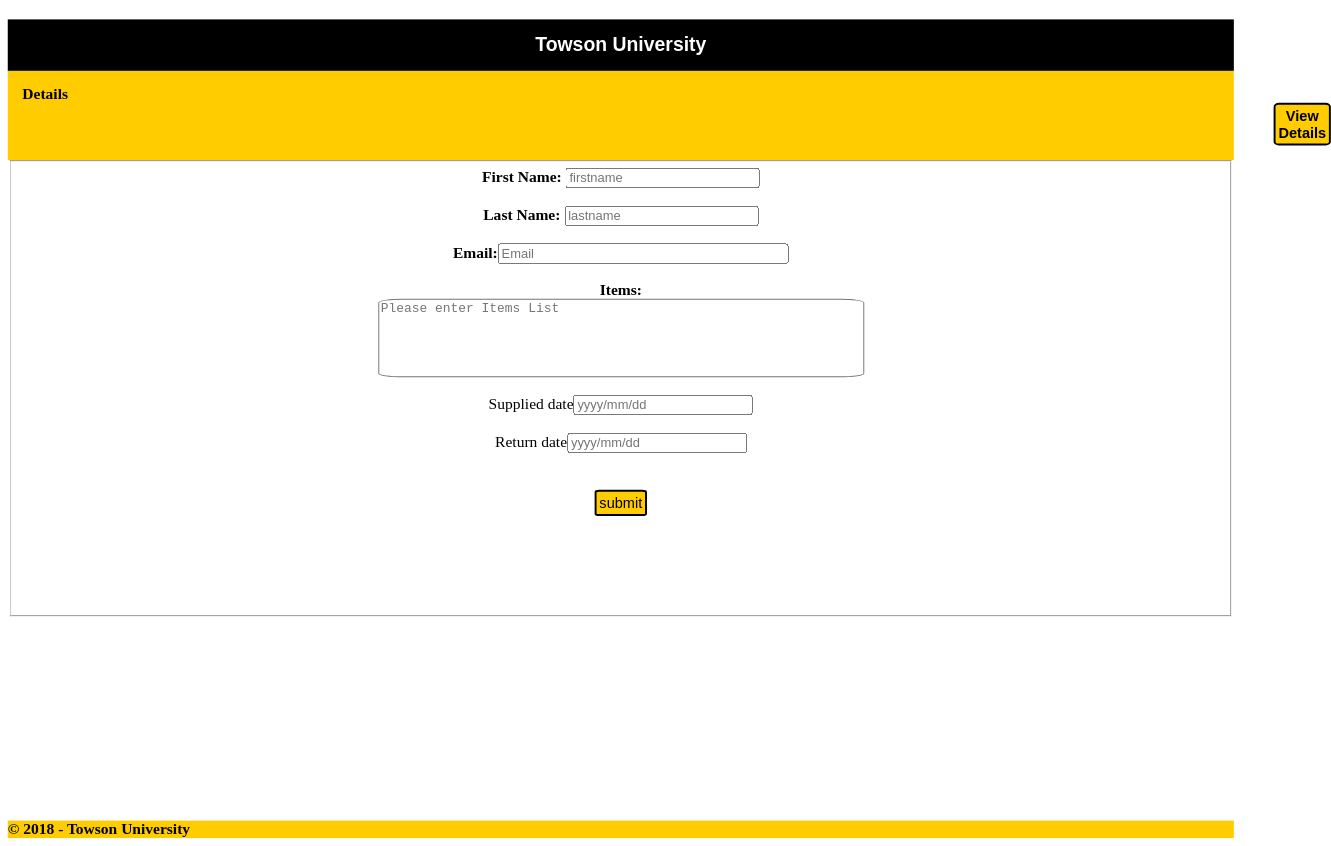
Repository: DatabaseCOSC578/eclipse-workspace11
Page: http://localhost/Supervisor/Supervisor.jsp
These files come from the project's save history. The page is drawn as it stood at one moment and after the next save; the edit follows.
The browser window is 1280 px wide. The page is 1372 px wide, so the pictures cover 1372 px, including what lies to the right of the window. The pictures show the whole page, at 97% of full size.
The page is served by Tomcat 9.

Above is the page before, as saved 2018-04-16 12:57:22.

After the next save:
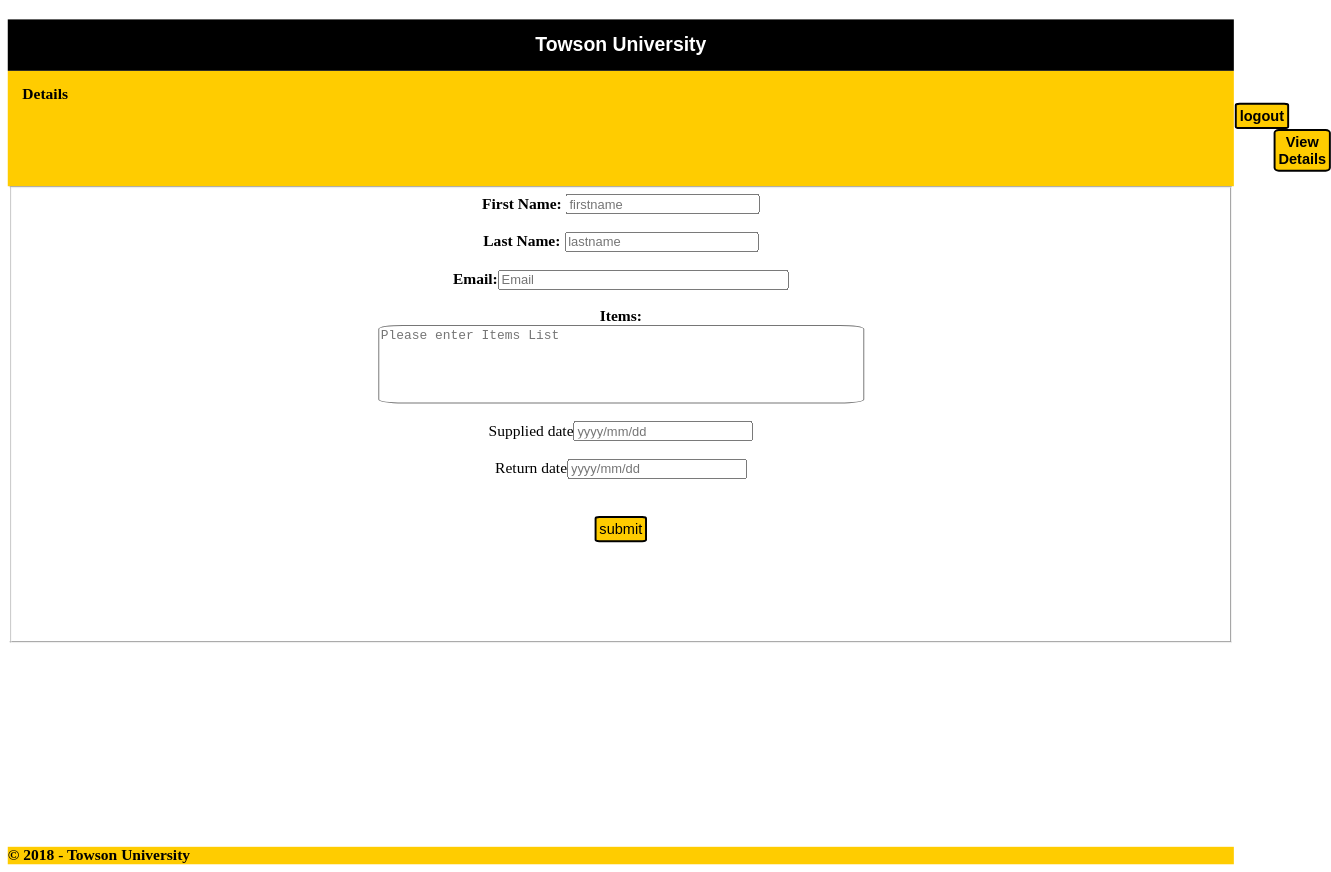
Saved 54 min 12 s later.
--- a/Supervisor/WebContent/Supervisor.jsp
+++ b/Supervisor/WebContent/Supervisor.jsp
@@ -7,7 +7,7 @@
 <form name="inputdetails" action="store" method="post" id="form1">
 <div><b>Details</b>
 
-
+<button id ="b2" type="submit" formaction="login.html">logout</button>
 <button id ="b1" type="submit" formaction="Supervisorshow.jsp">View Details</button>
 
 
